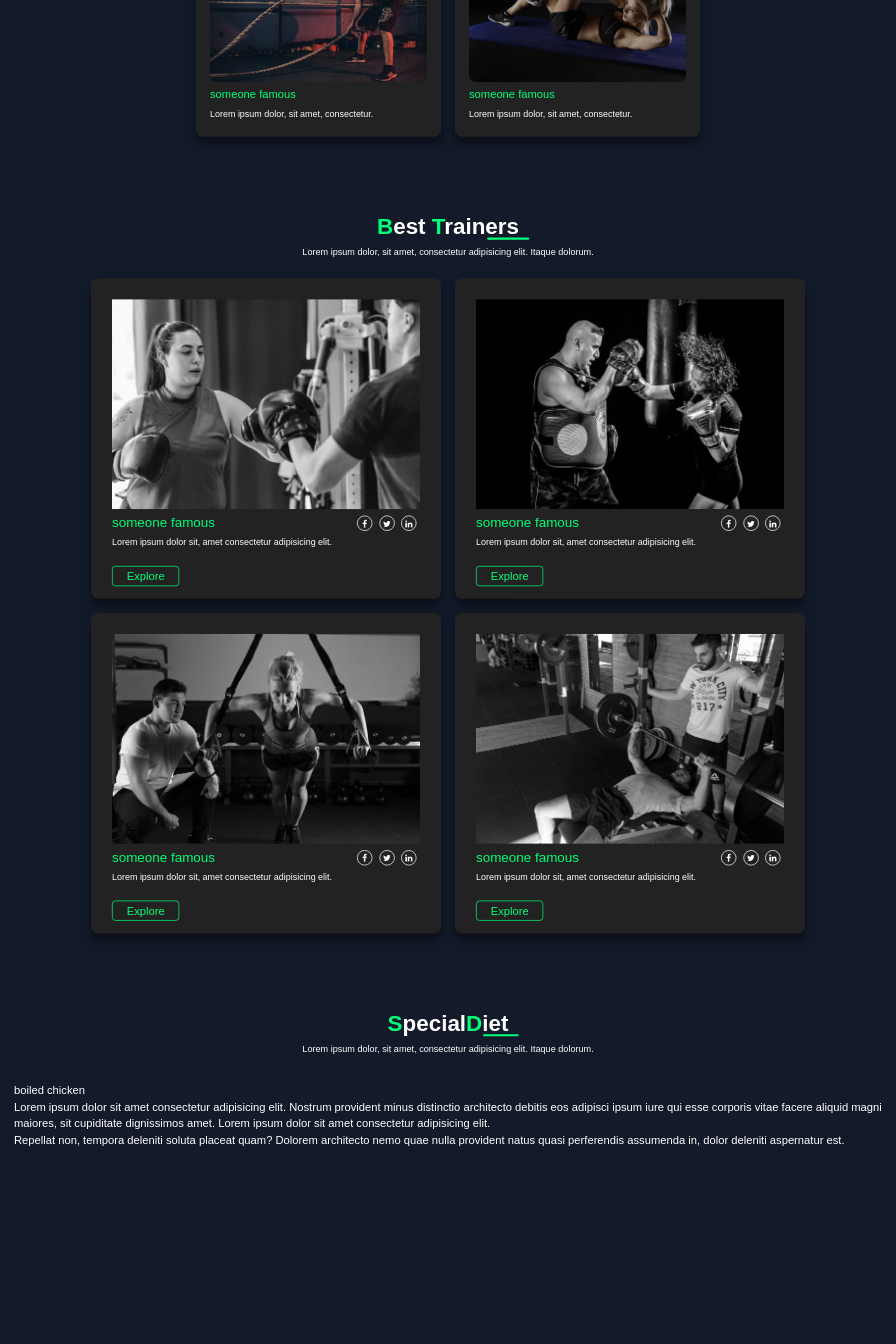
Repository: guilhermecardoso93/fitapex
Page: index.html
The author's editor kept a copy of each file at every save. The page is drawn from the files as they stood at one save, then again after the next save.
The browser window is 1280 px wide. The pictures show the part of the page from y = 2258 to 4178 px (the page is 4178 px tall), at 70% of full size.

Above is the page before, as saved 2023-03-07 21:14:46.

After the next save:
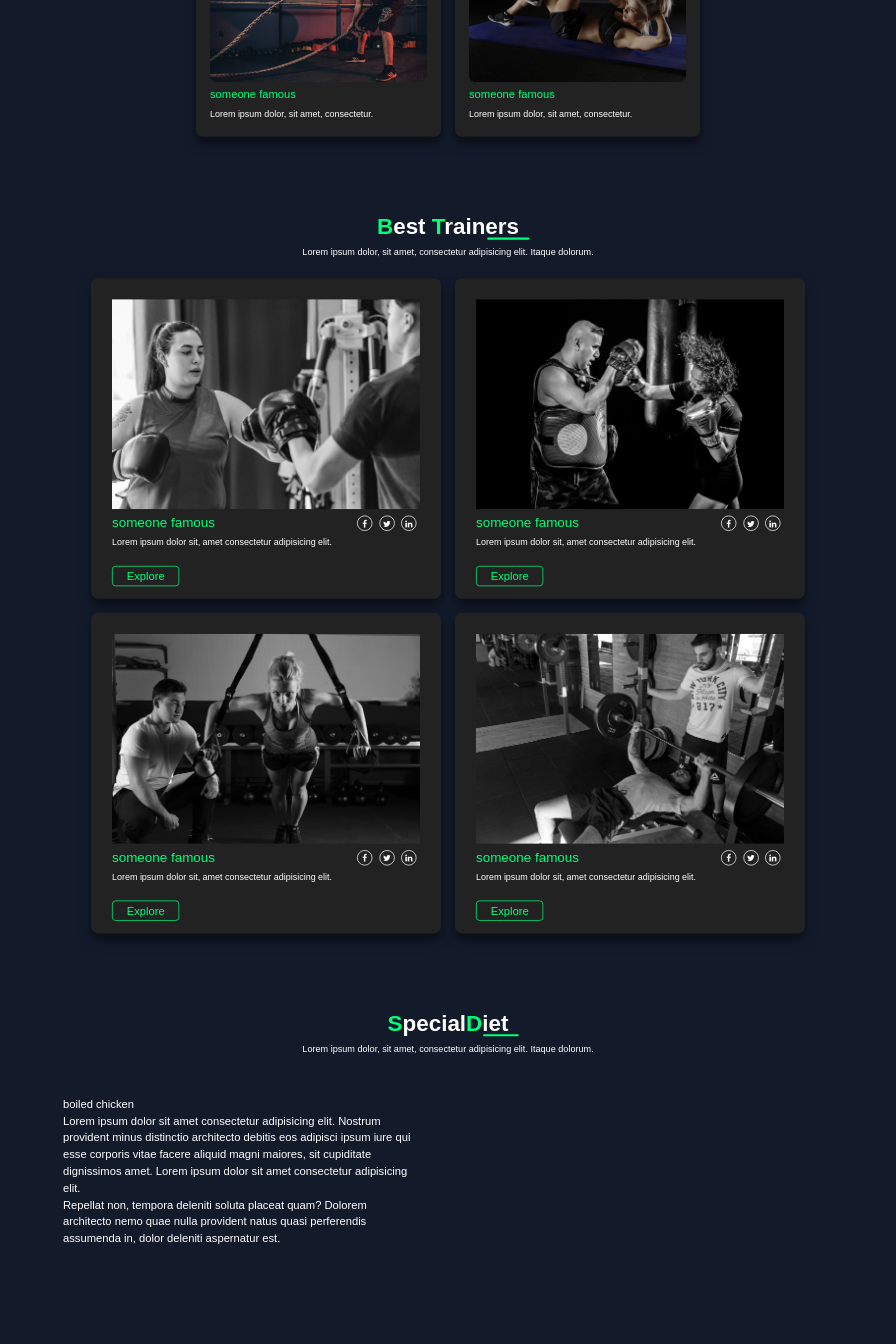
Saved 34 min 19 s later.
--- a/css/_diet.css
+++ b/css/_diet.css
@@ -5,3 +5,9 @@
   padding: 20px 0;
   justify-content: center;
 }
+
+.diet .content .row .cols {
+  position: relative;
+  width: 600px;
+  padding: 20px 50px;
+}
